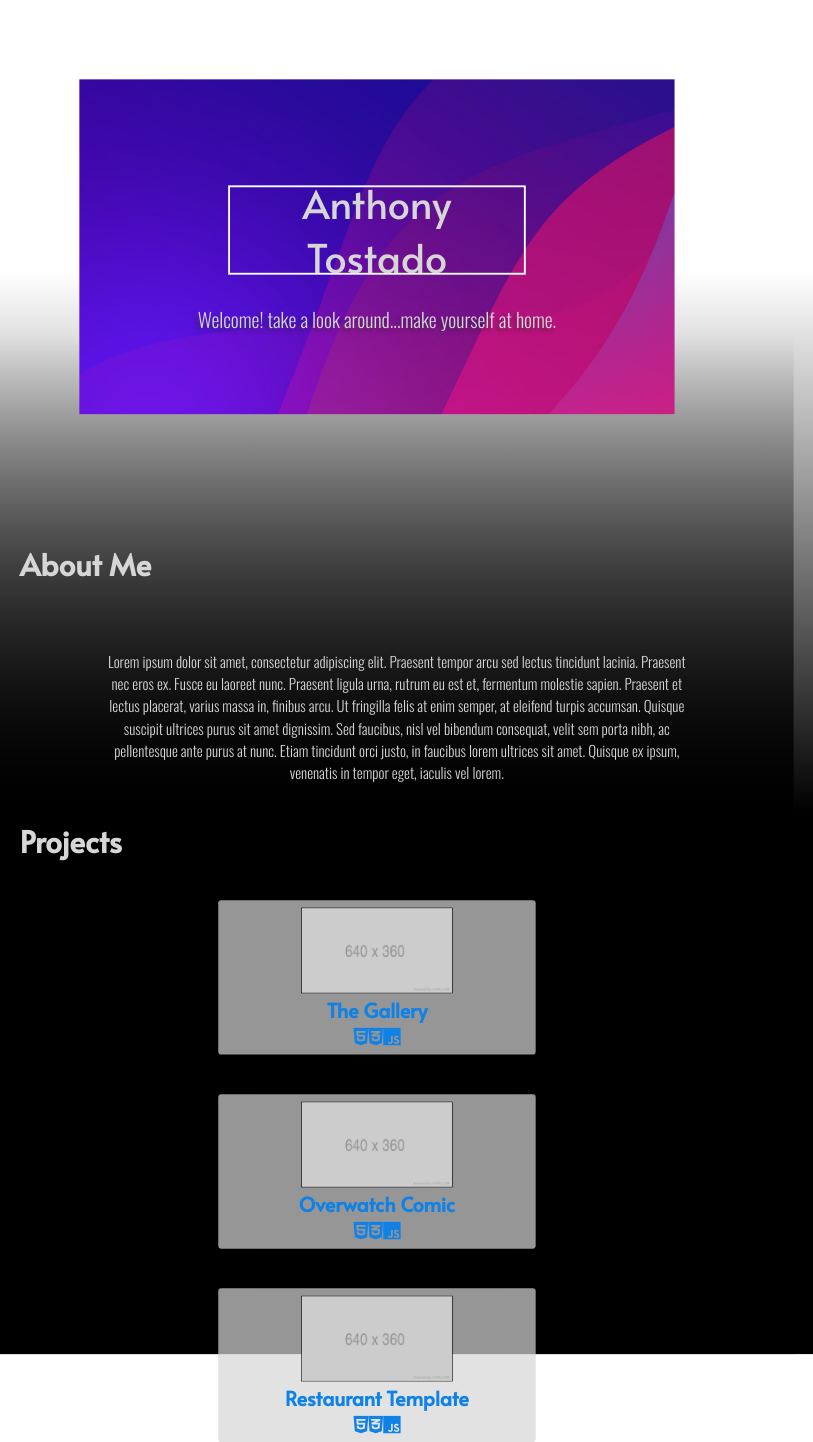
Repository: sloppytony/newport
Page: / (app in portfolio/)
The author's editor kept a copy of each file at every save. The page is drawn from the files as they stood at one save, then again after the next save.
The browser window is 1280 px wide. The page is 1312 px wide, so the pictures cover 1312 px, including what lies to the right of the window. The pictures show the whole page, at 62% of full size.
Some web libraries are served in a nearby version. The project was rebuilt for these pictures with package versions that can differ from the ones it lists, and the page was loaded fresh each time.

Above is the page before, as saved 2020-08-23 15:26:19.

After the next save:
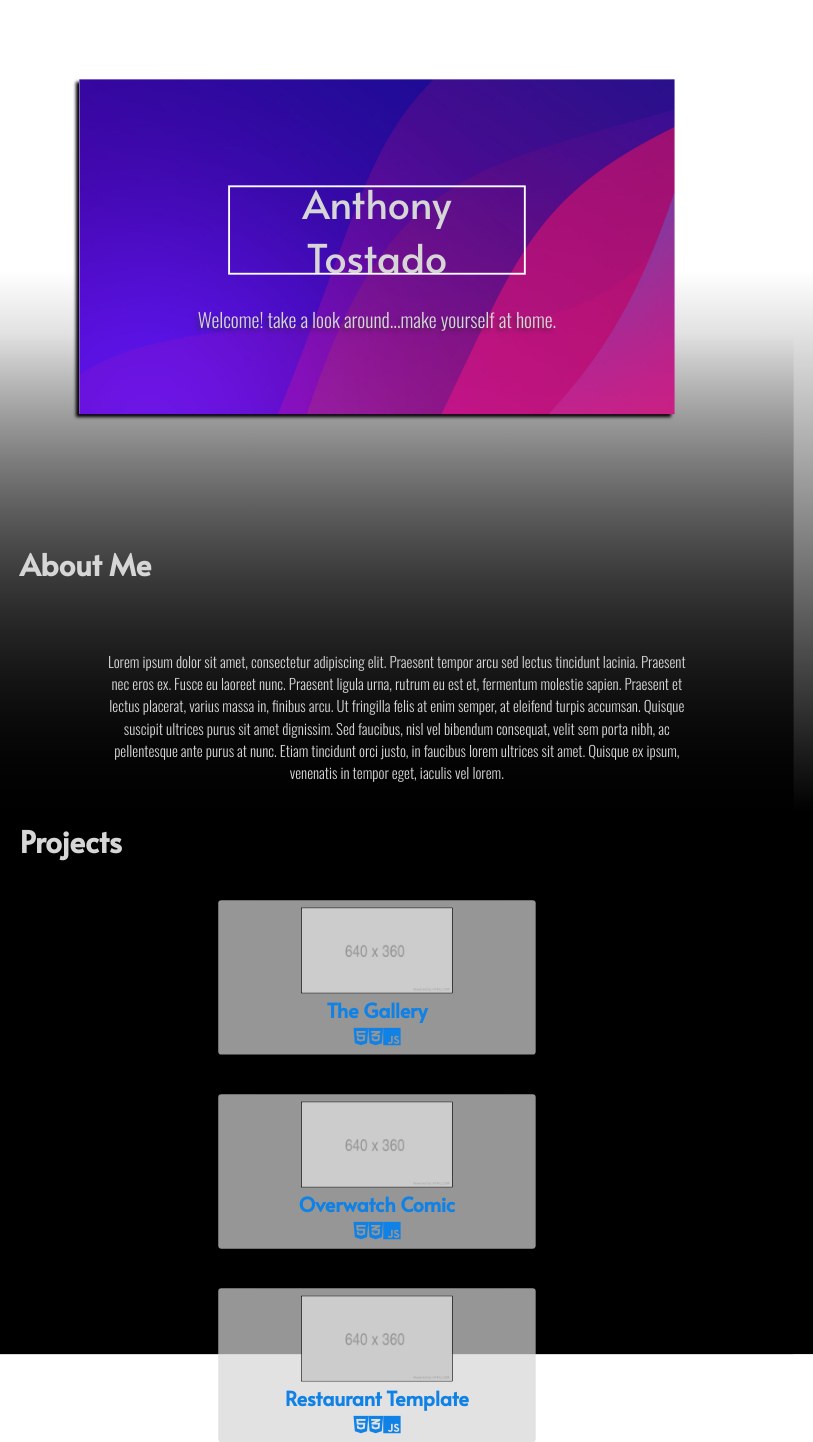
Saved 78 s later.
--- a/portfolio/src/App.css
+++ b/portfolio/src/App.css
@@ -18,6 +18,7 @@ div.section1-container {
   height: 75vh;
   background: url("./img/8_28_orig-Copy.png");
   margin: 10%;
+  box-shadow: -5px 5px 5px;
 }
 
 .mainTitle {
